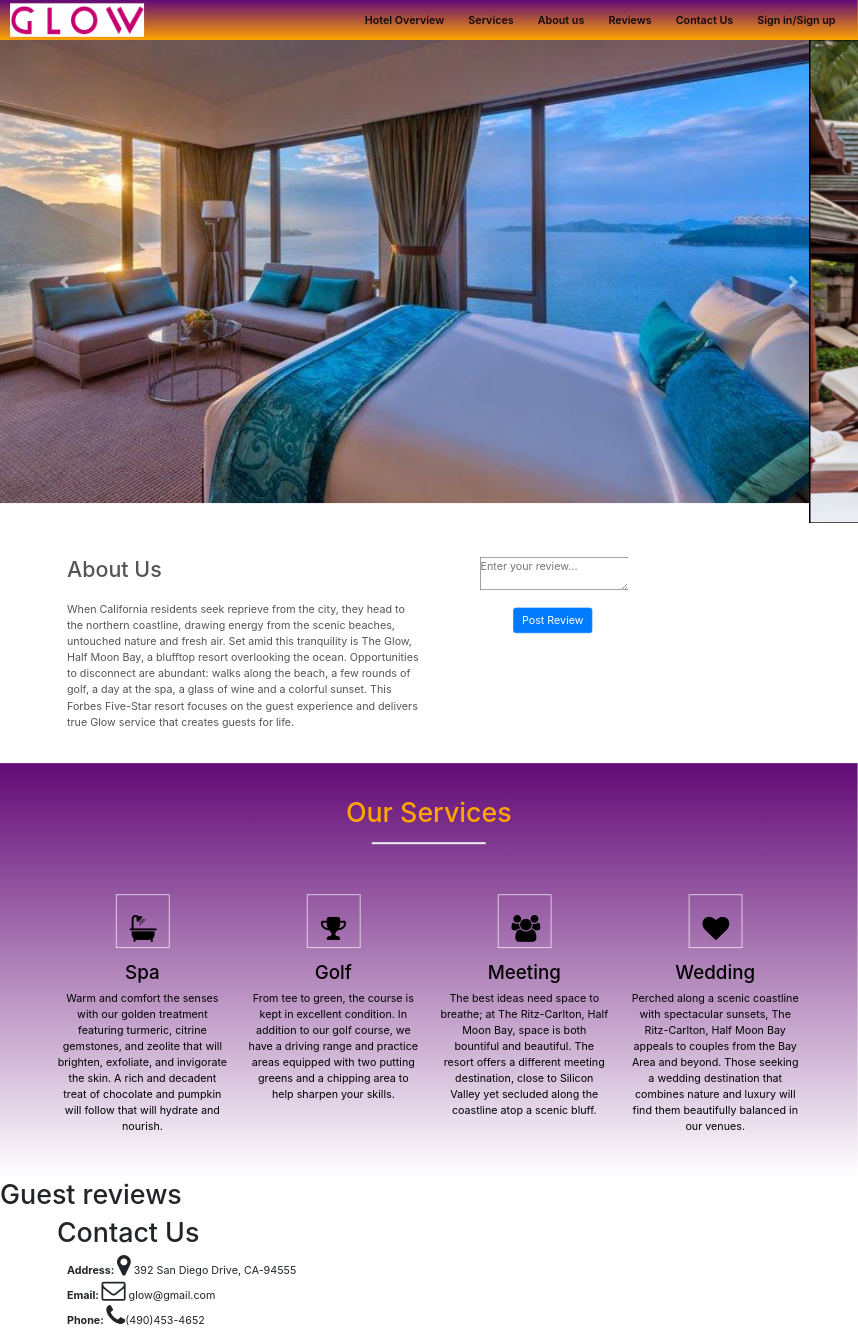
Repository: M-p1998/solo-dojo-project
Page: http://localhost/hotel/WEB-INF/hotel/home.jsp
An editor plug-in stored every save of this project. The page is shown before and after the next save, followed by the edit.
The browser window is 1280 px wide. The pictures show the whole page, at 67% of full size.
Backgrounds fixed to the window are drawn as part of the page. Some web libraries are served in a nearby version. The page is served by Tomcat 9. Nobody is signed in. Other server files are loaded and not shown. The template is opened directly, without the code that normally fills it, so the values that code supplies are empty.

Above is the page before, as saved 2022-02-13 18:00:38.

### hotel/src/main/webapp/WEB-INF/hotel/home.jsp
<%@ page language="java" contentType="text/html; charset=UTF-8"
	pageEncoding="UTF-8"%>
<%@ taglib prefix="c" uri="http://java.sun.com/jsp/jstl/core"%>
<%@ taglib prefix="form" uri="http://www.springframework.org/tags/form"%>
<!DOCTYPE html>
<html>
<head>
<meta charset="UTF-8">

<link href="/css/home.css" rel="stylesheet" type="text/css">
<link rel="stylesheet"
	href="https://stackpath.bootstrapcdn.com/bootstrap/4.3.1/css/bootstrap.min.css">
<script src="https://code.jquery.com/jquery-3.2.1.slim.min.js"></script>
<script
	src="https://cdnjs.cloudflare.com/ajax/libs/popper.js/1.12.9/umd/popper.min.js"></script>
<script
	src="https://maxcdn.bootstrapcdn.com/bootstrap/4.0.0/js/bootstrap.min.js"></script>
<link rel="stylesheet"
	href="https://stackpath.bootstrapcdn.com/font-awesome/4.7.0/css/font-awesome.min.css">

<title>Hotel Glow</title>
</head>
<body>

	<section id="nav-bar">
		<nav class="navbar navbar-expand-lg navbar-light">
			<div class="container-fluid">
				<a class="navbar-brand" href="#"><img src="/image/hotelLogo.png"
					width="200" height="50"></a>

				<div class="collapse navbar-collapse" id="navbarNav">
					<ul class="navbar-nav ml-auto">
						<li class="nav-item active "><a class="nav-link" href="#">Hotel
								Overview</a></li>
						<li class="nav-item active "><a class="nav-link"
							href="#services">Services</a></li>
						<li class="nav-item active"><a class="nav-link" href="#about">About
								us</a></li>
						<li class="nav-item active"><a class="nav-link"
							href="#reviews">Reviews</a></li>
						<li class="nav-item active"><a class="nav-link"
							href="#contact">Contact Us</a></li>
						<li class="nav-item active"><a class="nav-link"
							href="/registration">Sign in/Sign up</a></li>
					</ul>
				</div>
			</div>
		</nav>
	</section>

	<div id="slider">
		<div id="headerSlider" class="carousel slide" data-ride="carousel">
			<ol class="carousel-indicators">
				<li data-target="#headerSlider" data-slide-to="0"></li>
				<li data-target="#headerSlider" data-slide-to="1"></li>
				<li data-target="#headerSlider" data-slide-to="2"></li>
			</ol>
			<div class="carousel-inner">
				<div class="carousel-item active">
					<img src="/image/img2.jpg" class="d-block w-100">
				</div>
				<div class="carousel-item">
					<img src="/image/img3.jpg" class="d-block w-100">
				</div>
				<div class="carousel-item">
					<img src="/image/h4.jpg" class="d-block w-100">
				</div>
			</div>
			<a class="carousel-control-prev" role="button" href="#headerSlider"
				data-slide="prev"> <span class="carousel-control-prev-icon"
				aria-hidden="true"></span> <span class="sr-only">Previous</span>
			</a> <a class="carousel-control-next" role="button" href="#headerSlider"
				data-slide="next"> <span class="carousel-control-next-icon"
				aria-hidden="true"></span> <span class="sr-only">Next</span>
			</a>
		</div>
	</div>

	<section id="about">
		<div class="container">
			<div class="d-flex">
				<div class="col-md-6">
					<h2>About Us</h2>
					<div class="about-content">When California residents seek
						reprieve from the city, they head to the northern coastline,
						drawing energy from the scenic beaches, untouched nature and fresh
						air. Set amid this tranquility is The Glow, Half Moon Bay, a
						blufftop resort overlooking the ocean. Opportunities to disconnect
						are abundant: walks along the beach, a few rounds of golf, a day
						at the spa, a glass of wine and a colorful sunset. This Forbes
						Five-Star resort focuses on the guest experience and delivers true
						Glow service that creates guests for life.</div>
				</div>
				<div class="col-md-4 text-center">
					<form:form action="/createReviews" method="post"
						modelAttribute="PostAReview">
						<form:label path="reviews"></form:label>
						<form:errors path="reviews" class="text-danger"
							style="font-size: 20px" />
						<form:textarea class="textarea" placeholder="Enter your review..."
							path="reviews" />
						<a href="/reviews"><button class="reviewBtn btn btn-primary">Post
								Review</button></a>
					</form:form>
				</div>
			</div>
		</div>
	</section>

	<!-- services -->
	<section id="services">
		<div class="container">
			<h1>Our Services</h1>
			<div class="row services">
				<div class="col-md-3 text-center">
					<div class="icon">
						<i class="fa fa-bath"></i>
					</div>
					<h3>Spa</h3>
					<p>Warm and comfort the senses with our golden treatment
						featuring turmeric, citrine gemstones, and zeolite that will
						brighten, exfoliate, and invigorate the skin. A rich and decadent
						treat of chocolate and pumpkin will follow that will hydrate and
						nourish.</p>
				</div>
				<div class="col-md-3 text-center">
					<div class="icon">
						<i class="fa fa-trophy"></i>
					</div>
					<h3>Golf</h3>
					<p>From tee to green, the course is kept in excellent
						condition. In addition to our golf course, we have a driving range
						and practice areas equipped with two putting greens and a chipping
						area to help sharpen your skills.</p>
				</div>
				<div class="col-md-3 text-center">
					<div class="icon">
						<i class="fa fa-users"></i>
					</div>
					<h3>Meeting</h3>
					<p>The best ideas need space to breathe; at The Ritz-Carlton,
						Half Moon Bay, space is both bountiful and beautiful. The resort
						offers a different meeting destination, close to Silicon Valley
						yet secluded along the coastline atop a scenic bluff.</p>
				</div>
				<div class="col-md-3 text-center">
					<div class="icon">
						<i class="fa fa-heart"></i>
					</div>
					<h3>Wedding</h3>
					<p>Perched along a scenic coastline with spectacular sunsets,
						The Ritz-Carlton, Half Moon Bay appeals to couples from the Bay
						Area and beyond. Those seeking a wedding destination that combines
						nature and luxury will find them beautifully balanced in our
						venues. </p>
				</div>
			</div>
		</div>
	</section>

	<section id="reviews">
		<h1>Guest reviews</h1>
		<div class="d-flex">
			<div class="hero">
				<div class="review-box">
					<div id="slide">
						<c:forEach items="${write}" var="review">
							<div class="card">
								<p>${review.reviews}</p>
							</div>
						</c:forEach>
					</div>

					<div class="sidebar">
						<img src="/image/up-arrow.png" id="upArrow"> <img
							src="/image/down-arrow.png" id="downArrow">
					</div>
				</div>


			</div>
		</div>
	</section>

	<section id="contact">
		<div class="container">
			<h1>Contact Us</h1>
			<div class="col-md-6 contact-info">
				<div class="follow">
					<b>Address: </b> <i class="fa fa-map-marker"
						style="font-size: 36px"></i> 392 San Diego Drive, CA-94555
				</div>
				<div class="follow">
					<b>Email: </b> <i class="fa fa-envelope-o" style="font-size: 36px"></i>
					glow@gmail.com
				</div>
				<div class="follow">
					<b>Phone: </b> <i class="fa fa-phone" style="font-size: 36px"></i>(490)453-4652
				</div>
			</div>
		</div>
	</section>

	<script
		src="https://cdnjs.cloudflare.com/ajax/libs/jquery/3.6.0/jquery.min.js"></script>
	<script src="/js/main.js"></script>

	<script>
		var slide = document.getElementById("slide");
		var upArrow = document.getElementById("upArrow");
		var downArrow = document.getElementById("downArrow");

		let x = 0;

		upArrow.onclick = function() {
			if (x > "-4000") {
				x = x - 300;
				slide.style.top = x + "px";
			}
		}

		downArrow.onclick = function() {
			if (x < 0) {
				x = x + 300;
				slide.style.top = x + "px";
			}
		}
	</script>

</body>
</html>

### hotel/src/main/webapp/css/home.css
@charset "UTF-8";

*{
	margin: 0;
	padding: 0;


}

body{
	font-family: sans-serif;
}

#nav-bar{
	position: sticky;
	top: 0;
	z-index: 10;

}

.navbar{
	background-image: linear-gradient(rgba(98, 10, 117),  rgba(0,0,255,0));
	padding: 0!important;
	background-color: orange;
}

.navbar-nav li{
	padding: 0 10px;
}

.navbar-nav li a{
	color: black;
	font-weight: 600;
	float: right;
	text-align: left;
}

#nav-bar ul li a:hover{
	color: orange !important;
}

.fa-bars{
	color: #fff;
	font-size: 30px !important;
}

.navbar-toggler{
	outline: none !important;
}

/*-----about --------*/
#about{
	padding-top:50px;
	padding-bottom: 50px;
	color: #555;
}

#about .btn{
	margin-top: 20px;
	margin-bottom: 30px;
}

.about-content{
	padding-top: 20px;

}

/* --- services ----*/
#services{
	background-image: linear-gradient(rgba(98, 10, 117), rgba(0,0,255,0));
	background-size: cover;
	background-position: center;
	color: black !important;
	background-attachment: fixed;
	padding-top: 50px;
	padding-bottom: 50px;
}

#services h1{
	text-align: center;
	color: orange !important;
	padding-bottom: 10px;
}

#services h1::after{
	content: '';
	background: #efefef;
	display: block;
	height: 3px;
	width: 170px;
	margin: 20px auto 5px;
}

.services{
	margin-top: 40px;
}

.icon{
	font-size: 40px;
	margin: 20px auto;
	padding: 20px;
	height: 80px;
	width: 80px;
	border: 1px solid #fff;
}

/* .skills-bar p{
	margin-bottom: 6px;
	font-weight: 600;
}

.progress-bar{
	border-radius: 16px;

}
.progress{
	border-radius: 16px !important;
	margin-bottom: 20px;
} */
/*--------------*/
/* #slider{
	width: 100%;
} */
/* .carousel-caption{
	top: 50%;
	transform: translateY(-50%);
	bottom: initial!important;
} */

### hotel/src/main/webapp/js/main.js

var indexValue= 1;
showImg(indexValue);

function side_slide(e){
	showImg(indexValue += e);
}
function showImg(e){
	var i;
	const img = document.querySelectorAll('img');
	if(e > img.length){
		indexValue = 1
	}
	if(e < 1){
		indexValue = img.length
	}
	for(i = 0; i<img.length; i++){
		img[i].style.display = "none";
	}
	img[indexValue - 1].style.display = "block";
}

After the next save:
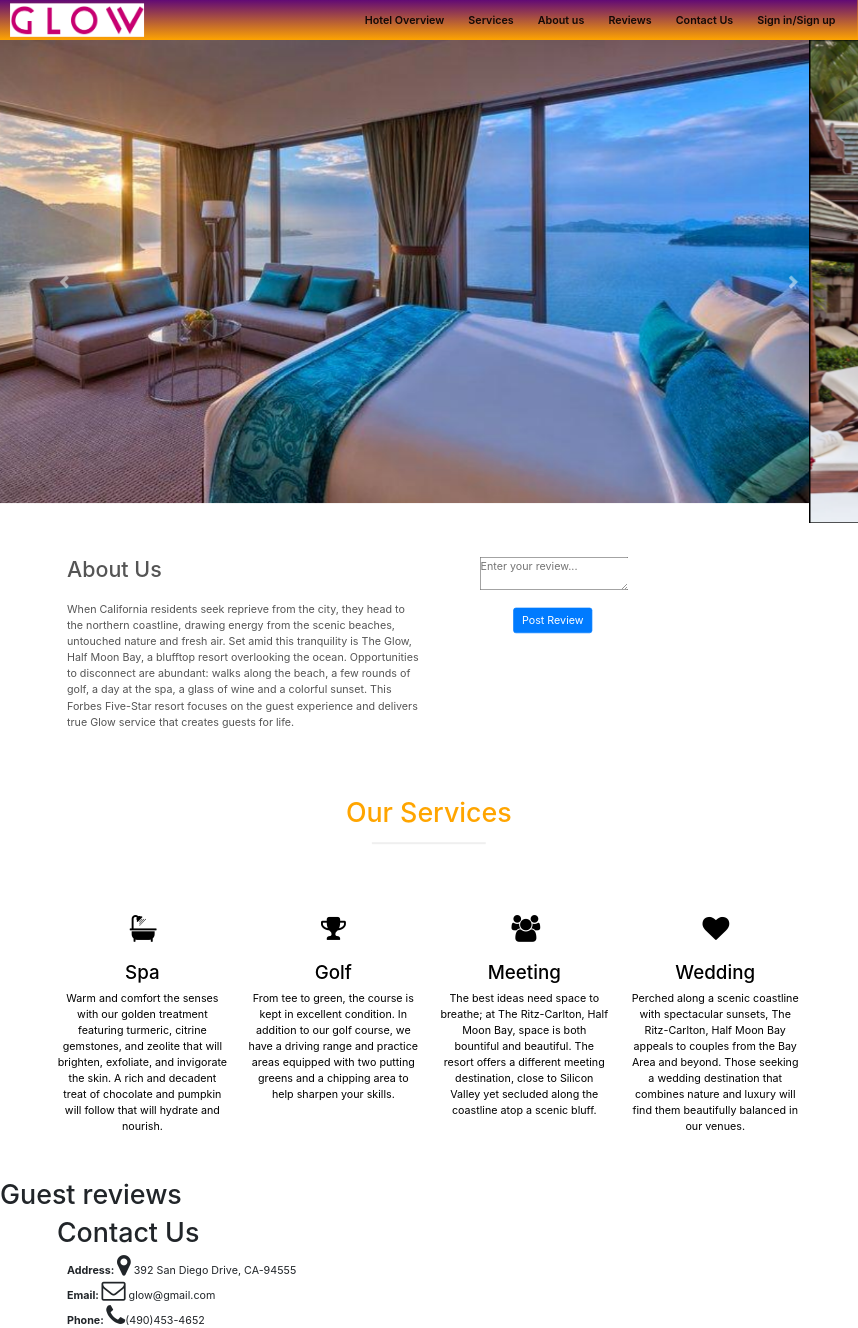
Saved 35 s later.
--- a/hotel/src/main/webapp/css/home.css
+++ b/hotel/src/main/webapp/css/home.css
@@ -67,7 +67,7 @@
 
 /* --- services ----*/
 #services{
-	background-image: linear-gradient(rgba(98, 10, 117), rgba(0,0,255,0));
+	background-image: pink;
 	background-size: cover;
 	background-position: center;
 	color: black !important;

After the save that followed:
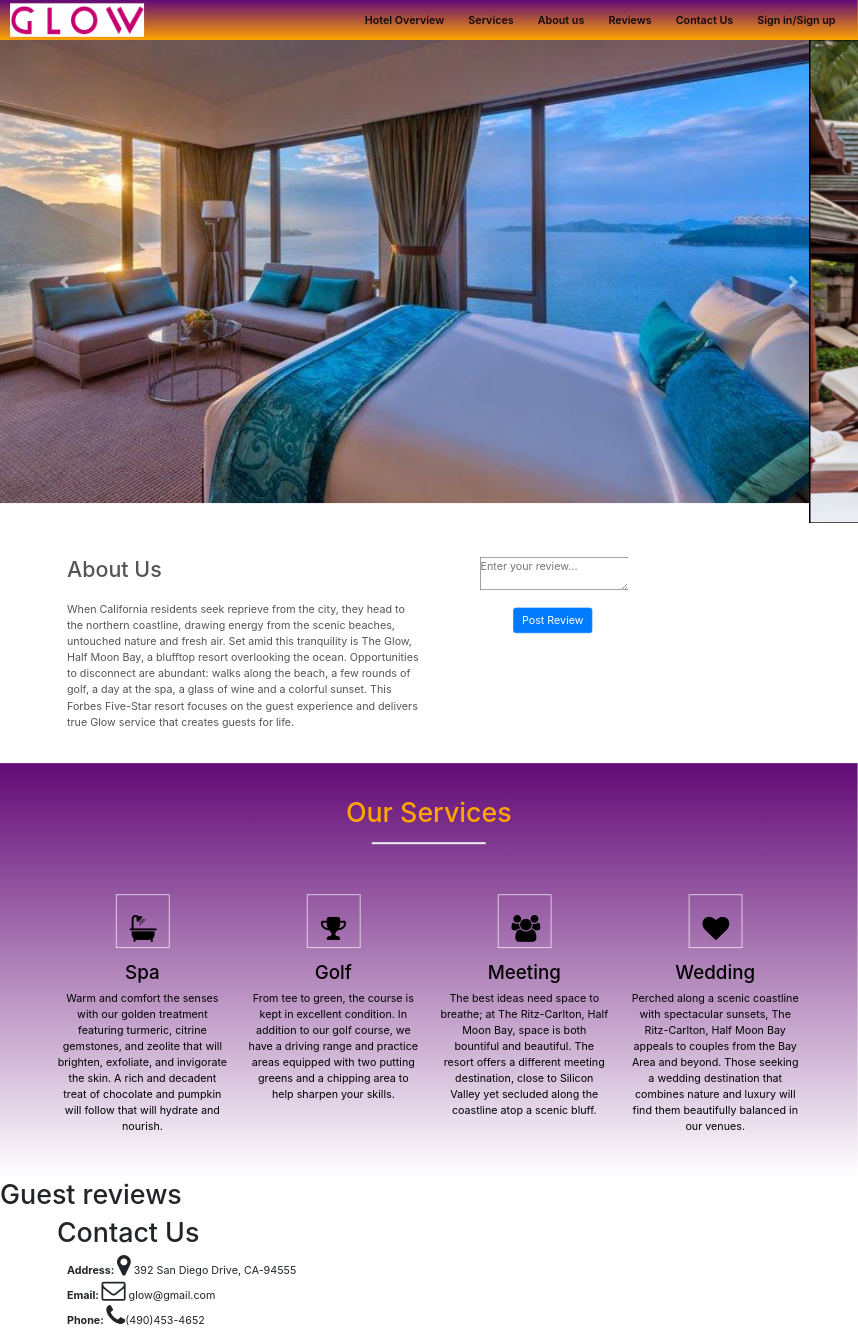
Saved 43 s later.
--- a/hotel/src/main/webapp/css/home.css
+++ b/hotel/src/main/webapp/css/home.css
@@ -67,7 +67,7 @@
 
 /* --- services ----*/
 #services{
-	background-image: pink;
+	background-image: linear-gradient(rgba(98, 10, 117), rgba(0,0,255,0));
 	background-size: cover;
 	background-position: center;
 	color: black !important;
